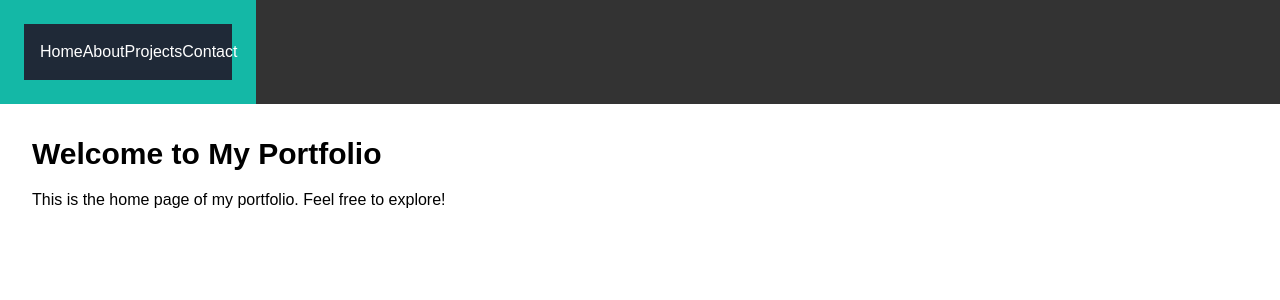
Repository: feyroozecode/feyroozecode.github.io
Page: index.html
An editor plug-in stored every save of this project. The page is shown before and after the next save, followed by the edit.
The browser window is 1280 px wide. The pictures show the whole page.
Some web libraries are served in a nearby version.

Above is the page before, as saved 2023-11-30 21:27:35.

After the next save:
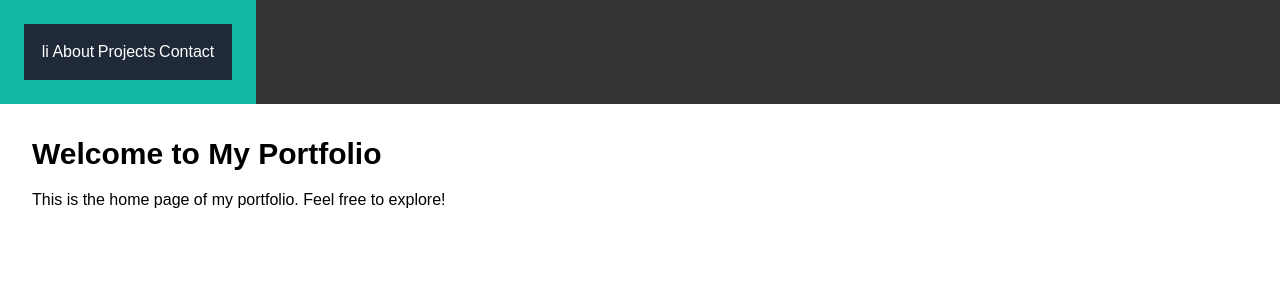
Saved 10 s later.
--- a/index.html
+++ b/index.html
@@ -40,7 +40,7 @@
 <header class="text-white">
     <aside class="bg-teal-500 w-64 p-6">
     <nav class="bg-gray-800">
-        <a href="#" onclick="navigateTo('home')">Home</a>
+        li
         <a href="#" onclick="navigateTo('about')">About</a>
         <a href="#" onclick="navigateTo('projects')">Projects</a>
         <a href="#" onclick="navigateTo('contact')">Contact</a>
